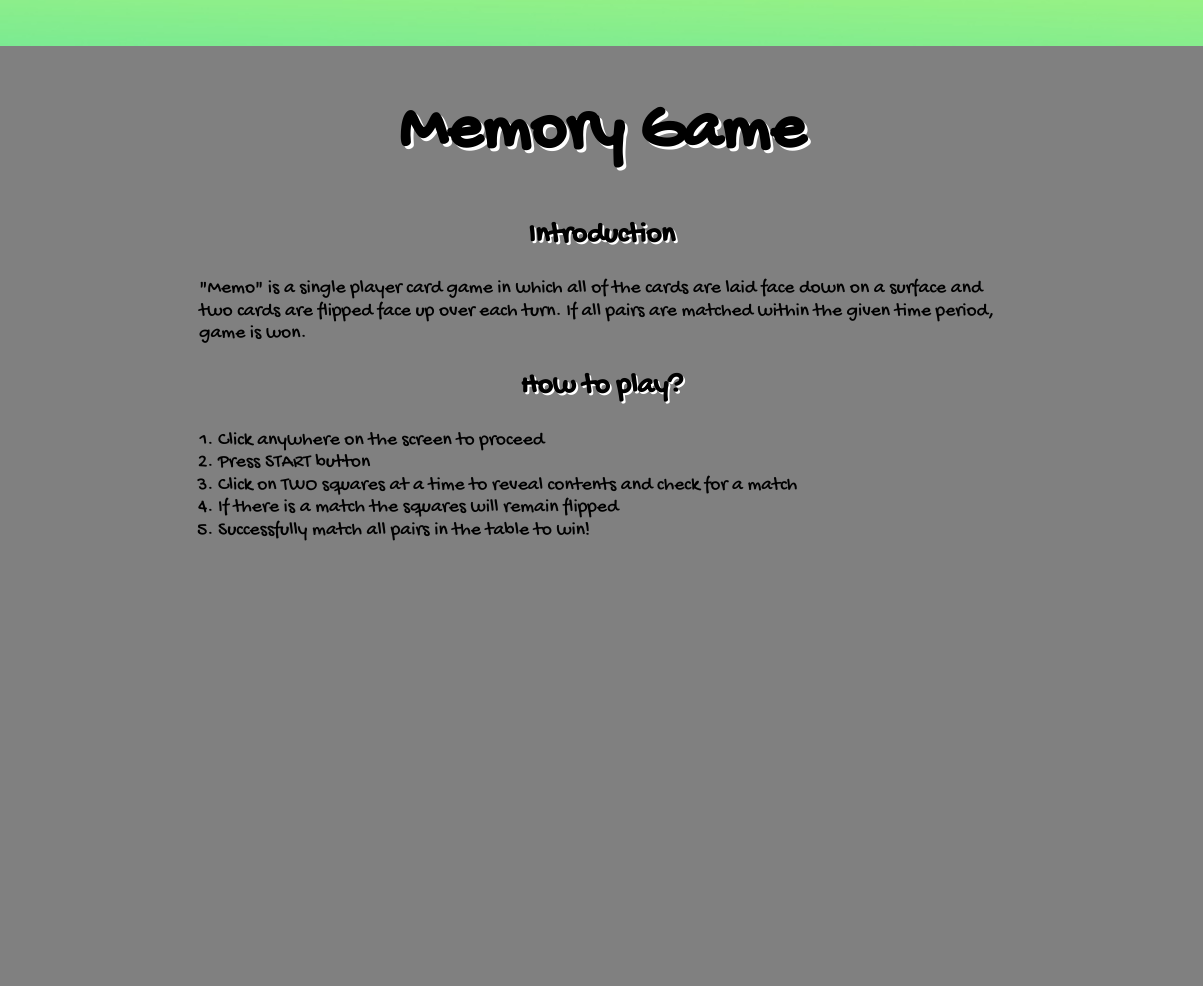
Repository: lauramika/Memory-Game
Page: index.html
The author's editor kept a record of every edit. The page is drawn from the files as they stood at one moment, then again after the next edit.
The browser window is 1280 px wide. The pictures show the whole page, at 94% of full size.

Above is the page before.

After the next edit:
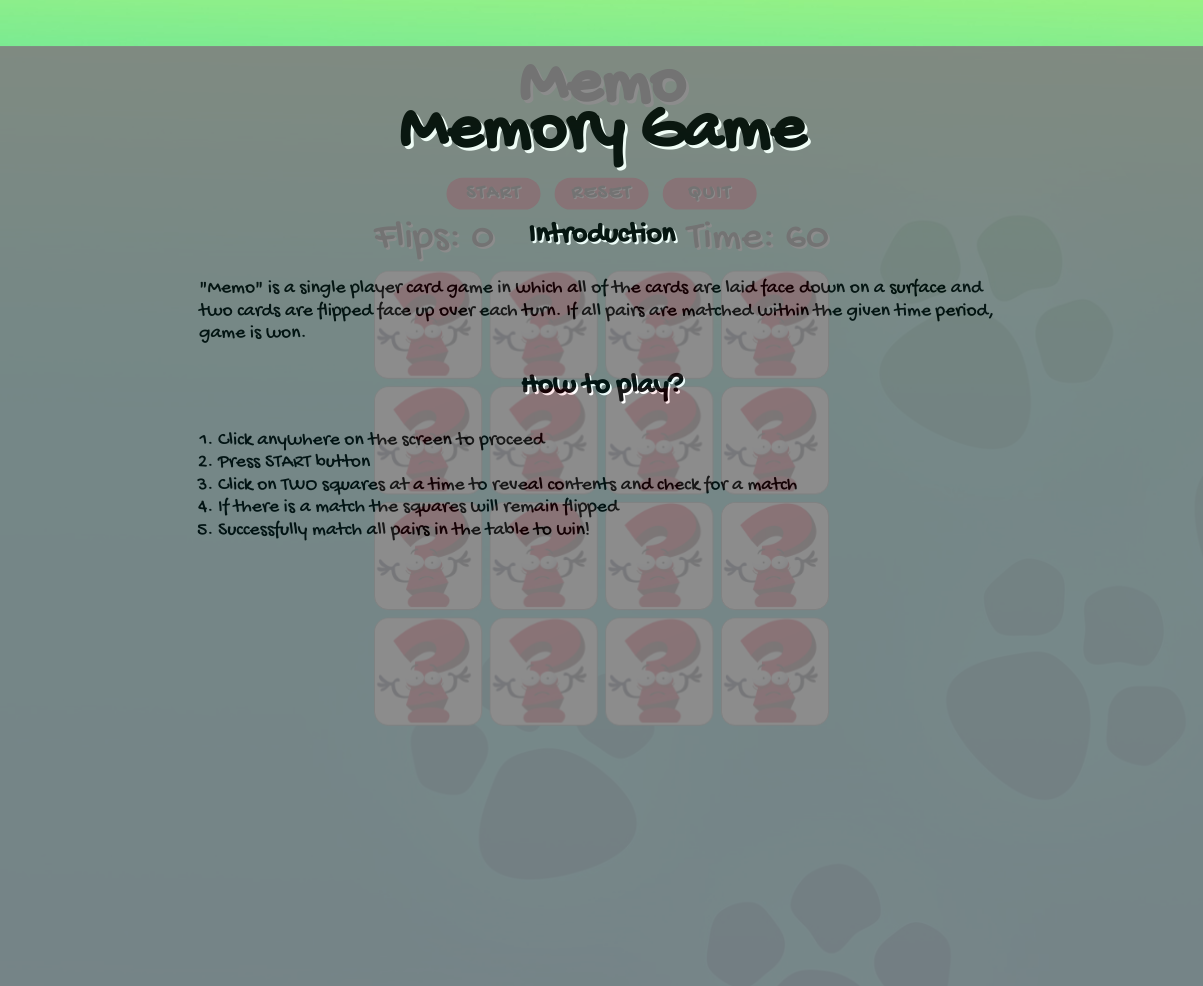
The edit:
--- a/style.css
+++ b/style.css
@@ -117,6 +117,7 @@
   z-index: 10;
   cursor: pointer;
   position: absolute;
+  opacity: .9;
 }
 /****************************TABLET************************/
 @media screen and (max-width: 800px) {
